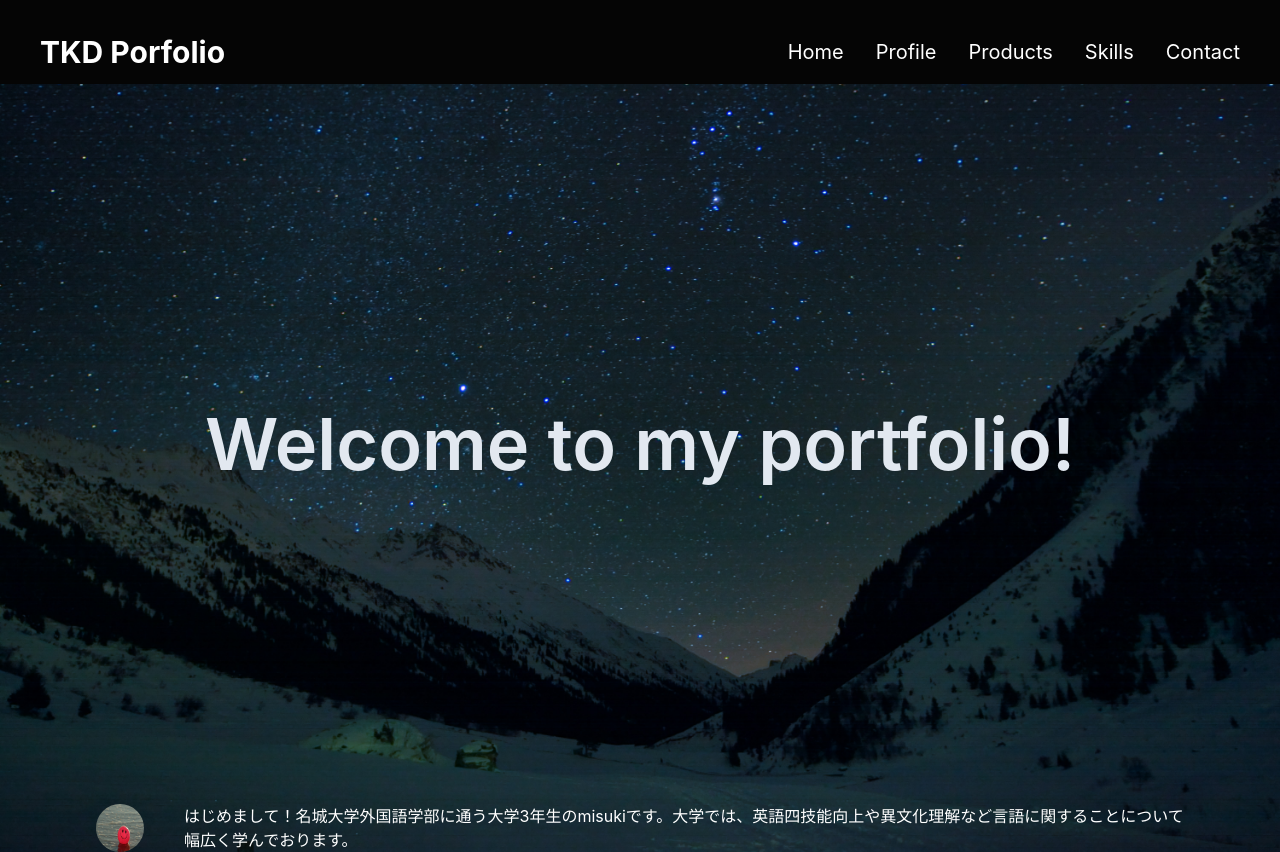
Repository: MitukiTakada/todo-aplication
Page: / (app in design/dev/react-tailwind/react-tailwind/)
These files come from the project's save history. The page is drawn as it stood at one moment and after a run of saves; the edit follows.
The browser window is 1280 px wide. The pictures show the whole page.
The project was rebuilt for these pictures with package versions that can differ from the ones it lists, and the page was loaded fresh each time. Also part of the build but not shown: design/dev/react-tailwind/react-tailwind/src/components/Contact.jsx, design/dev/react-tailwind/react-tailwind/src/components/Products.jsx, design/dev/react-tailwind/react-tailwind/src/components/Profile.jsx, design/dev/react-tailwind/react-tailwind/src/components/Skills.jsx.

Above is the page before, as saved 2022-11-19 14:51:42.

### design/dev/react-tailwind/react-tailwind/public/index.html
<!DOCTYPE html>
<html lang="en">
  <head>
    <meta charset="utf-8" />
    <link rel="icon" href="%PUBLIC_URL%/favicon.ico" />
    <meta name="viewport" content="width=device-width, initial-scale=1" />
    <meta name="theme-color" content="#000000" />
    <meta
      name="description"
      content="Web site created using create-react-app"
    />
    <link rel="apple-touch-icon" href="%PUBLIC_URL%/logo192.png" />
    <link rel ="stylesheet" href="https://cdnjs.cloudflare.com/ajax/libs/font-awesome/5.15.3/css/all.min.css">
    <!--
      manifest.json provides metadata used when your web app is installed on a
      user's mobile device or desktop. See https://developers.google.com/web/fundamentals/web-app-manifest/
    -->
    <link rel="manifest" href="%PUBLIC_URL%/manifest.json" />
    <!--
      Notice the use of %PUBLIC_URL% in the tags above.
      It will be replaced with the URL of the `public` folder during the build.
      Only files inside the `public` folder can be referenced from the HTML.

      Unlike "/favicon.ico" or "favicon.ico", "%PUBLIC_URL%/favicon.ico" will
      work correctly both with client-side routing and a non-root public URL.
      Learn how to configure a non-root public URL by running `npm run build`.
    -->
    <title>React App</title>
  </head>
  <body>
    <noscript>You need to enable JavaScript to run this app.</noscript>
    <div id="root"></div>
    <!--
      This HTML file is a template.
      If you open it directly in the browser, you will see an empty page.

      You can add webfonts, meta tags, or analytics to this file.
      The build step will place the bundled scripts into the <body> tag.

      To begin the development, run `npm start` or `yarn start`.
      To create a production bundle, use `npm run build` or `yarn build`.
    -->
  </body>
</html>

### design/dev/react-tailwind/react-tailwind/src/index.jsx
import React from 'react';
import ReactDOM from 'react-dom/client';
import './index.css';
import App from './App';
import reportWebVitals from './reportWebVitals';
import { BrowserRouter } from 'react-router-dom';
import { ChakraProvider } from '@chakra-ui/provider';

const root = ReactDOM.createRoot(document.getElementById('root'));
root.render(
  <React.StrictMode>
    <BrowserRouter>
        <ChakraProvider>
          <App />
        </ChakraProvider>
    </BrowserRouter>
  </React.StrictMode>
);

// If you want to start measuring performance in your app, pass a function
// to log results (for example: reportWebVitals(console.log))
// or send to an analytics endpoint. Learn more: https://bit.ly/CRA-vitals
reportWebVitals();

### design/dev/react-tailwind/react-tailwind/src/App.jsx
import { BrowserRouter, Routes, Route } from "react-router-dom";
import Contact from "./components/Contact";
import Header from "./components/Header";
import Home from "./components/Home";
import Products from "./components/Products";
import Profile from "./components/Profile";
import Skills from "./components/Skills";


function App() {
  return (
    <div className=" bg-body  text-white w-full sm:px-0 pt-5">
     <Header />
      <Routes>
        <Route path="/" element={<Home />}/>
        <Route path="/prfole" element={<Profile />}/>
        <Route path="products" element={<Products />}/>
        <Route path="/skills" element={<Skills />}/>
        <Route path="/contact" element={<Contact />}/>
      </Routes>
    </div>
  );
}

export default App;

### design/dev/react-tailwind/react-tailwind/src/components/Header.jsx
import React from 'react'
import { Link } from 'react-router-dom'
import "./output.css"
import Hamburger from './atoms/Hamburger'

const Header = () => {
  return (
    <header className="container flex justify-between  w-full items-center mr-0 relative h-16 px-10">
      <div>
        <h2 className="text-2xl font-bold md:text-3xl">TKD Porfolio</h2>
      </div>
      <nav className="flex space-x-8 text-xl ml-8 items-center hidden md:block">
        <Link to={"/"} className="link">Home</Link>
        <Link to={"/profile"} className="link">Profile</Link>
        <Link to={"/products"} className="link">Products</Link>
        <Link to={"/skills"} className="link">Skills</Link>
        <Link to={"/contact"} className="link">Contact</Link>
      </nav>
      <Hamburger className="md:hidden absolute right-3"/>
    </header>
  )
}

export default Header

### design/dev/react-tailwind/react-tailwind/src/components/Home.jsx
import React from 'react'
import mainImage from "../images/main-image.jpeg"
import "./Home.css";
import userImage from "../images/user.jpg"

const Home = () => {
  return (
    <div className="home ">
      <div className="items-center ">
        <h1 className=" font-semibold text-3xl 100v text-center text-slate-200 lg:text-7xl md:text-5xl">Welcome to my portfolio!</h1>
      </div>
      <div className="flex mx-auto px-24 space-x-10">
        <img src={userImage} alt="" className="h-12 w-12 rounded-full"/>
        <p>
          はじめまして！名城大学外国語学部に通う大学3年生のmisukiです。大学では、英語四技能向上や異文化理解など言語に関することについて幅広く学んでおります。
          <br />
        </p>
      </div>
    </div>
  )
}

export default Home

### design/dev/react-tailwind/react-tailwind/src/components/output.css
.link {
  @apply hover:text-purple-400 transition-all duration-300;
}
.drawer-link {
  @apply hover:text-purple-400 transition-all duration-300 text-xl block text-center my-3;
}
.contact-btn {
  @apply bg-purple-500 font-bold text-xl px-3 py-2 rounded border-none hover:bg-purple-800 duration-300 transition-all mt-10
}
.secondary-title {
  @apply text-3xl font-bold;
}
.secondary-title::before {
  content: "";
  @apply block w-12 h-2 bg-purple-400 rounded-full mb-1;
}

.section-paragraph {
  @apply text-secondary my-6 w-full max-w-3xl
}

.badge {
  @apply px-4 py-2 text-sm rounded bg-badge block
}

.send-btn {
  @apply bg-teal-400 font-bold text-xl px-3 py-2 rounded border-none hover:bg-teal-600 duration-300 transition-all mt-10
}

### design/dev/react-tailwind/react-tailwind/src/components/atoms/Hamburger.jsx
import React from 'react'
import {
  Drawer,
  DrawerBody,
  DrawerOverlay,
  DrawerContent,
  DrawerCloseButton,
  useDisclosure,
  Button
} from '@chakra-ui/react'
import { Link } from 'react-router-dom';
import { HamburgerIcon } from '@chakra-ui/icons';

const Hamburger = () => {
  const { isOpen, onOpen, onClose } = useDisclosure()
  return (
    <div className="md:hidden">
        <HamburgerIcon h={30} w={30} className="hover:text-purple-400 duration-300 transition-all cursor-pointer"
        onClick={onOpen}
        />
        <Drawer isOpen={isOpen} onClose={onClose} placement="left" size="xs">
          <DrawerOverlay>
            <DrawerContent>
              <DrawerBody className="w-2/5 bg-slate-200 h-full p-12">
                <div className="z-20 space-y-5 text-xl">
                  <Link to={"/"} className="link drawer-link">Home</Link>
                  <Link to={"/profile"} className="link drawer-link">Profile</Link>
                  <Link to={"/products"} className="link drawer-link">Products</Link>
                  <Link to={"/skills"} className="link drawer-link">Skills</Link>
                  <Link to={"/contact"} className="link drawer-link">Contact</Link>
                  <DrawerCloseButton className="text-white text-md  p-2 rounded mt-15 mx-auto bg-red-400 transition-all duration-300 hover:bg-red-700 ">閉じる</DrawerCloseButton>
                </div>
              </DrawerBody>
            </DrawerContent>
          </DrawerOverlay>
        </Drawer>
      </div>
  )
}

export default Hamburger

### design/dev/react-tailwind/react-tailwind/src/components/Home.css
.home {
  background-image: url(../images/mountain.jpeg);
  background-position: center;
  background-size: cover;
  height: 100%;
  width: 100%;
}

.home h1 {
  line-height: 100vh;
  align-items: center;
}

### design/dev/react-tailwind/react-tailwind/tailwind.config.js
/** @type {import('tailwindcss').Config} */
module.exports = {
  content: [
    "./src/**/*.{js,jsx,ts,tsx}",
  ],
  theme: {
    extend: {

      colors: {
        body: "#050505",
        secondary: "#9191A4",
        badge: "#3F3F51"
      },
      lineHeight: {
        "100v": "100vh"
      }
    },
  },
  plugins: [],
}

Loaded but not shown: design/dev/react-tailwind/react-tailwind/src/index.css (common file); design/dev/react-tailwind/react-tailwind/src/reportWebVitals.js (common file)

After the next 3 saves:
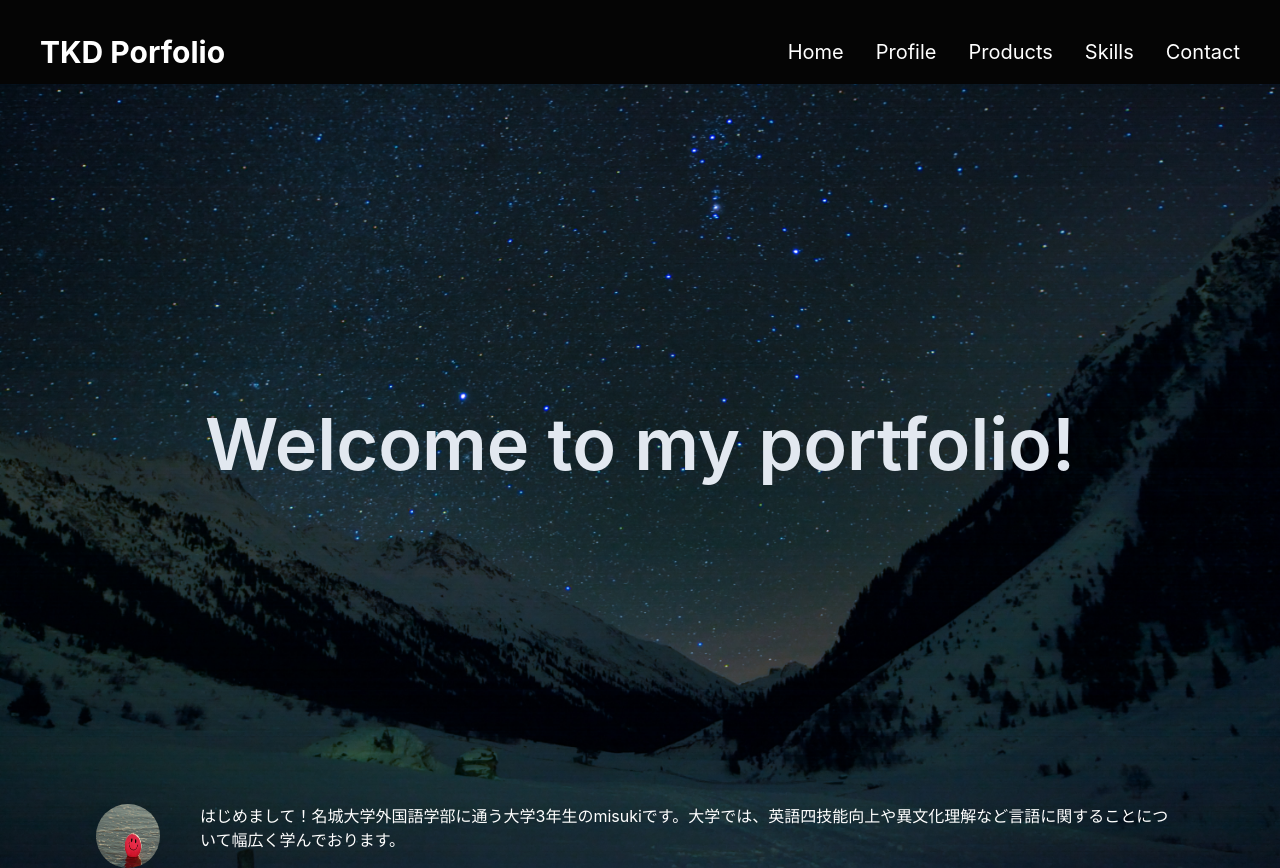
The 3 saves are shown as one change because they came seconds apart.
The last was saved 40 s later.
--- a/design/dev/react-tailwind/react-tailwind/src/components/Home.jsx
+++ b/design/dev/react-tailwind/react-tailwind/src/components/Home.jsx
@@ -10,7 +10,7 @@ const Home = () => {
         <h1 className=" font-semibold text-3xl 100v text-center text-slate-200 lg:text-7xl md:text-5xl">Welcome to my portfolio!</h1>
       </div>
       <div className="flex mx-auto px-24 space-x-10">
-        <img src={userImage} alt="" className="h-12 w-12 rounded-full"/>
+        <img src={userImage} alt="" className="h-16 w-16 rounded-full"/>
         <p>
           はじめまして！名城大学外国語学部に通う大学3年生のmisukiです。大学では、英語四技能向上や異文化理解など言語に関することについて幅広く学んでおります。
           <br />
